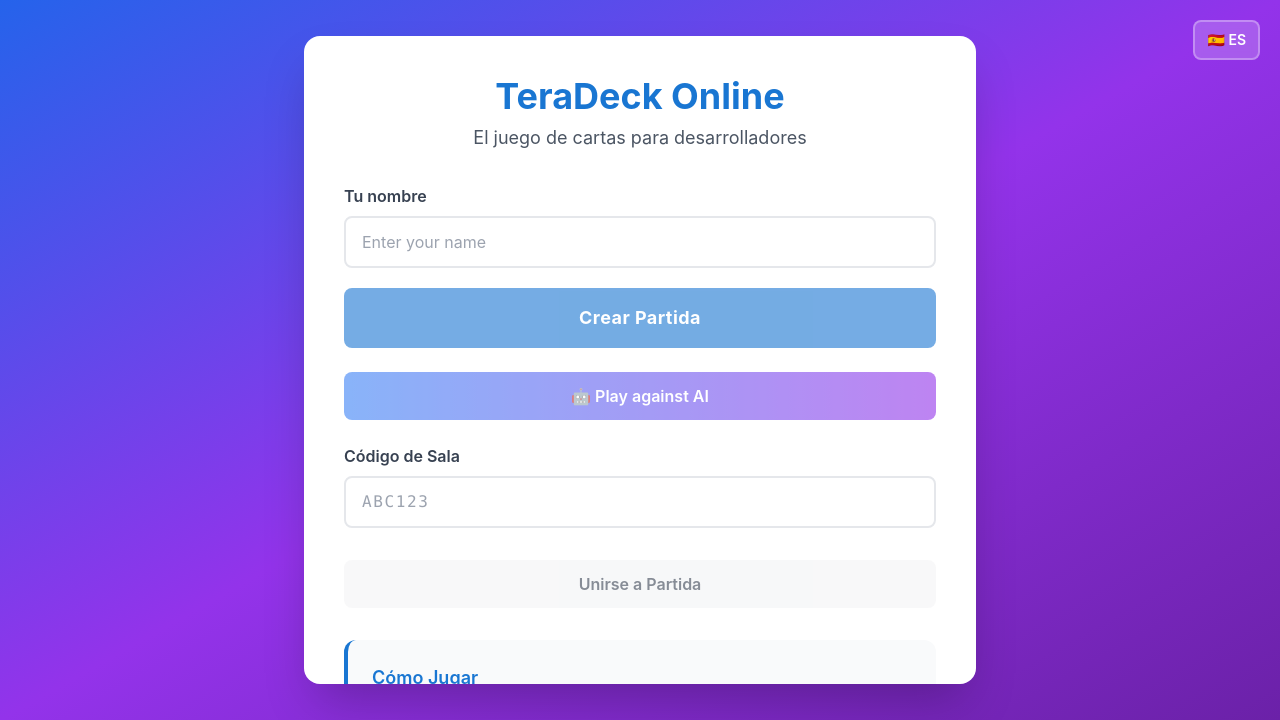
Repository: agorreca/teradeck-online
Page: / (app in frontend/)
The author's editor kept a copy of each file at every save. The page is drawn from the files as they stood at one save, then again after the next save.
The browser window is 1280 px wide. The pictures show the whole page.
The page's requests for data from a server got no answer. An inner scrolling area shows only its first screen. The project was rebuilt for these pictures with package versions that can differ from the ones it lists, and the page was loaded fresh each time. No one was signed in, and anything a server would have sent is missing. Also part of the build but not shown: frontend/vite.config.ts, shared/src/utils/targeting.ts, frontend/src/hooks/useSocket.ts, frontend/src/hooks/useTargeting.ts, frontend/src/components/game/TargetingOverlay.tsx, frontend/src/components/game/GameBoard.tsx, frontend/src/components/game/GameRoom.tsx.

Above is the page before, as saved 2025-06-09 10:34:23.

After the next save:
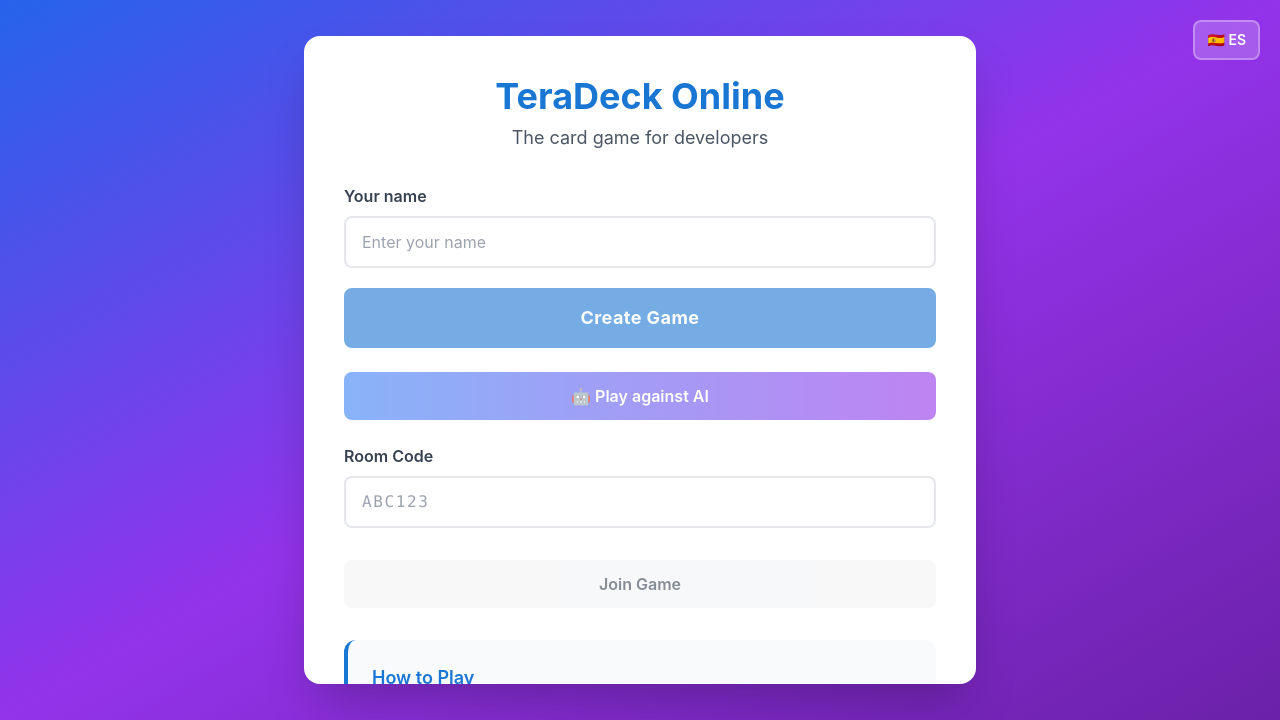
Saved 13 s later.
--- a/frontend/src/i18n/locales/en.json
+++ b/frontend/src/i18n/locales/en.json
@@ -1,4 +1,25 @@
 {
+  "ui": {
+    "lobby": {
+      "title": "TeraDeck Online",
+      "subtitle": "The card game for developers",
+      "nickname": "Your name",
+      "createGame": "Create Game",
+      "creating": "Creating...",
+      "roomCode": "Room Code",
+      "joinGame": "Join Game",
+      "joining": "Joining...",
+      "howToPlay": "How to Play",
+      "instructions": [
+        "Complete your project by gathering 4 different stable modules",
+        "On your turn, play 1 card OR discard 1-3 cards",
+        "After your action, draw cards until you have 3 in hand",
+        "Use Bug cards to sabotage your opponents",
+        "Use Patch cards to protect your modules",
+        "Operation cards have unique special effects"
+      ]
+    }
+  },
   "landing": {
     "title": "TeraDeck Online",
     "subtitle": "The card game for developers",
